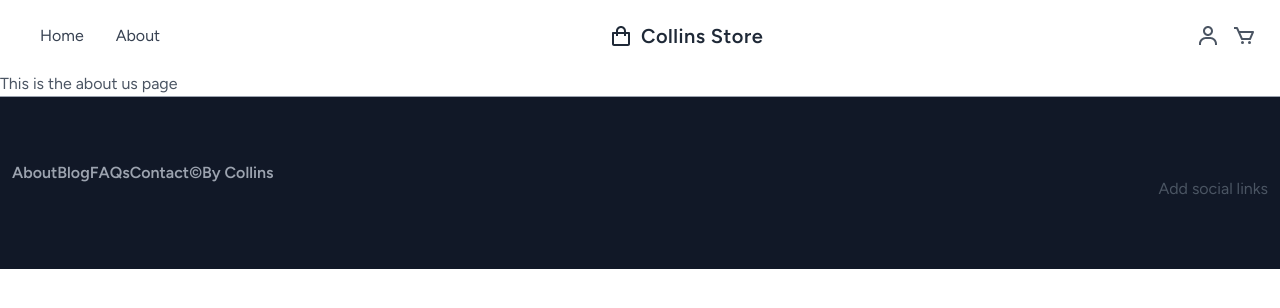
Repository: Collins145/e-commerce-website
Page: http://localhost/about
An editor plug-in stored every save of this project. The page is shown before and after the next save, followed by the edit.
The browser window is 1280 px wide. The pictures show the whole page.
The page is served by the project's Laravel application, run on PHP 8.4 with Laravel 10. Other server files are loaded and not shown. Style sheets and scripts are compiled from the project's sources, by tool versions that may differ from the author's.

Above is the page before, as saved 2023-06-17 14:22:31.

### routes/web.php
<?php

use App\Http\Controllers\ProfileController;
use Illuminate\Support\Facades\Route;
use App\Http\Controllers\SiteController;

/*
|--------------------------------------------------------------------------
| Web Routes
|--------------------------------------------------------------------------
|
| Here is where you can register web routes for your application. These
| routes are loaded by the RouteServiceProvider and all of them will
| be assigned to the "web" middleware group. Make something great!
|
*/

Route::get('/', [SiteController::class, 'index'])->name('home');
Route::get('about', [SiteController::class, 'about'])->name('about');
Route::get('footer', [SiteController::class, 'footer'])->name('footer');

Route::get('/dashboard', function () {
    return view('dashboard');
})->middleware(['auth', 'verified'])->name('dashboard');

Route::middleware('auth')->group(function () {
    Route::get('/profile', [ProfileController::class, 'edit'])->name('profile.edit');
    Route::patch('/profile', [ProfileController::class, 'update'])->name('profile.update');
    Route::delete('/profile', [ProfileController::class, 'destroy'])->name('profile.destroy');
});

require __DIR__.'/auth.php';

### app/Http/Controllers/SiteController.php
<?php

namespace App\Http\Controllers;

use Illuminate\Http\Request;

class SiteController extends Controller
{
    public function index() {
        return view('site.home');
    }

    public function about() {
        return view('site.about');
    }
    public function footer() {
        return view('site.footer');
    }
}

### resources/views/site/about.blade.php
@extends('layouts.site')
@section('content')
This is the about us page
@endsection

### resources/views/layouts/site.blade.php
<!DOCTYPE html>
<html lang="{{ str_replace('_', '-', app()->getLocale()) }}">
    <head>
        <meta charset="utf-8">
        <meta name="viewport" content="width=device-width, initial-scale=1">
        <meta name="csrf-token" content="{{ csrf_token() }}">

        <title>{{ config('app.name', 'Laravel') }}</title>

        <!-- Fonts -->
        <link rel="preconnect" href="https://fonts.bunny.net">
        <link href="https://fonts.bunny.net/css?family=figtree:400,500,600&display=swap" rel="stylesheet" />

        <!-- Scripts -->
        @vite(['resources/css/app.css', 'resources/js/app.js'])
    </head>
    <body class="bg-white text-gray-600 font-sans leading-normal text-base tracking-normal">
        <x-site.header/>
        @yield('content')
        <x-site.footer/>
    </body>
</html>

### resources/views/components/site/header.blade.php
    <nav id="header" class="w-full z-30 top-0 py-1">
        <div class="w-full container mx-auto flex flex-wrap items-center justify-between mt-0 px-6 py-3">

            <label for="menu-toggle" class="cursor-pointer md:hidden block">
                <svg class="fill-current text-gray-900" xmlns="http://www.w3.org/2000/svg" width="20" height="20" viewBox="0 0 20 20">
                    <title>menu</title>
                    <path d="M0 3h20v2H0V3zm0 6h20v2H0V9zm0 6h20v2H0v-2z"></path>
                </svg>
            </label>
            <input class="hidden" type="checkbox" id="menu-toggle" />

            <div class="hidden md:flex md:items-center md:w-auto w-full order-3 md:order-1" id="menu">
                <nav>
                    <ul class="md:flex items-center justify-between text-base text-gray-700 pt-4 md:pt-0">
                        <li><a class="inline-block no-underline hover:text-black hover:underline py-2 px-4" href="{{route('home')}}">Home</a></li>
                        <li><a class="inline-block no-underline hover:text-black hover:underline py-2 px-4" href="{{route('about')}}">About</a></li>
                    </ul>
                </nav>
            </div>

            <div class="order-1 md:order-2">
                <a class="flex items-center tracking-wide no-underline hover:no-underline font-bold text-gray-800 text-xl " href="{{route('home')}}">
                    <svg class="fill-current text-gray-800 mr-2" xmlns="http://www.w3.org/2000/svg" width="24" height="24" viewBox="0 0 24 24">
                        <path d="M5,22h14c1.103,0,2-0.897,2-2V9c0-0.553-0.447-1-1-1h-3V7c0-2.757-2.243-5-5-5S7,4.243,7,7v1H4C3.447,8,3,8.447,3,9v11 C3,21.103,3.897,22,5,22z M9,7c0-1.654,1.346-3,3-3s3,1.346,3,3v1H9V7z M5,10h2v2h2v-2h6v2h2v-2h2l0.002,10H5V10z" />
                    </svg>
                    Collins Store
                </a>
            </div>

            <div class="order-2 md:order-3 flex items-center" id="nav-content">

                <a class="inline-block no-underline hover:text-black" href="#">
                    <svg class="fill-current hover:text-black" xmlns="http://www.w3.org/2000/svg" width="24" height="24" viewBox="0 0 24 24">
                        <circle fill="none" cx="12" cy="7" r="3" />
                        <path d="M12 2C9.243 2 7 4.243 7 7s2.243 5 5 5 5-2.243 5-5S14.757 2 12 2zM12 10c-1.654 0-3-1.346-3-3s1.346-3 3-3 3 1.346 3 3S13.654 10 12 10zM21 21v-1c0-3.859-3.141-7-7-7h-4c-3.86 0-7 3.141-7 7v1h2v-1c0-2.757 2.243-5 5-5h4c2.757 0 5 2.243 5 5v1H21z" />
                    </svg>
                </a>

                <a class="pl-3 inline-block no-underline hover:text-black" href="#">
                    <svg class="fill-current hover:text-black" xmlns="http://www.w3.org/2000/svg" width="24" height="24" viewBox="0 0 24 24">
                        <path d="M21,7H7.462L5.91,3.586C5.748,3.229,5.392,3,5,3H2v2h2.356L9.09,15.414C9.252,15.771,9.608,16,10,16h8 c0.4,0,0.762-0.238,0.919-0.606l3-7c0.133-0.309,0.101-0.663-0.084-0.944C21.649,7.169,21.336,7,21,7z M17.341,14h-6.697L8.371,9 h11.112L17.341,14z" />
                        <circle cx="10.5" cy="18.5" r="1.5" />
                        <circle cx="17.5" cy="18.5" r="1.5" />
                    </svg>
                </a>

            </div>
        </div>
    </nav>

### resources/views/components/site/footer.blade.php
    <footer class="container mx-auto bg-gray-900 py-8 border-t border-gray-400">
        <div class="container flex px-3 py-8 ">
            <div class="w-full mx-auto flex flex-wrap">
                <div class="flex w-full lg:w-1/2 ">
                    <div class="flex justify-around px-3 md:px-0">
                        <h3 class="font-bold text-gray-400 space-x-6">About</h3>
                        <h3 class="font-bold text-gray-400 space-x-6">Blog</h3>
                        <h3 class="font-bold text-gray-400 space-x-6">FAQs</h3>
                        <h3 class="font-bold text-gray-400 space-x-6">Contact</h3>
                        <h3 class="font-bold text-gray-400 space-x-6"><span>&copy<span>By Collins</h3>
                    </div>
                </div>
                <div class="flex w-full lg:w-1/2 lg:justify-end lg:text-right">
                    <div class="px-3 md:px-0">
                        <ul class="list-reset items-center pt-3">
                            <li>
                                <a class="inline-block no-underline hover:text-black hover:underline py-1" href="#">Add social links</a>
                            </li>
                        </ul>
                    </div>
                </div>
            </div>
        </div>
    </footer>

Loaded but not shown: routes/auth.php (common file); app/Http/Controllers/Auth/EmailVerificationPromptController.php (common file); app/Http/Controllers/Controller.php (common file); app/Http/Controllers/Auth/VerifyEmailController.php (common file); resources/css/app.css (common file); tailwind.config.js (common file); resources/js/app.js (common file); resources/js/bootstrap.js (common file)

After the next save:
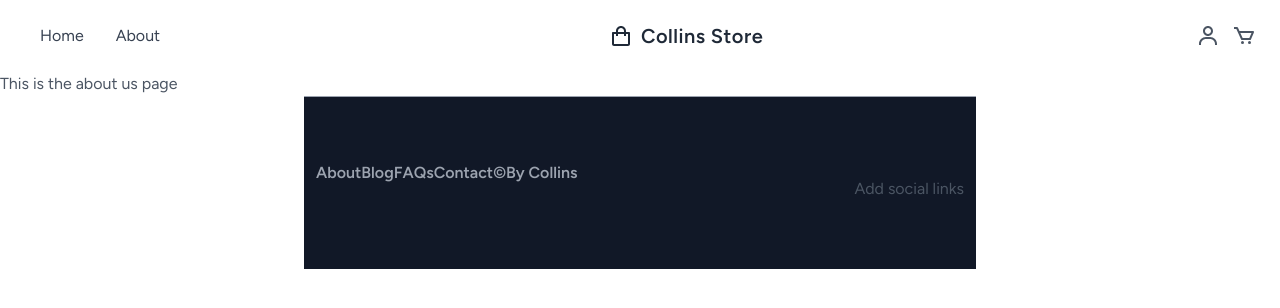
Saved 78 s later.
--- a/resources/views/components/site/footer.blade.php
+++ b/resources/views/components/site/footer.blade.php
@@ -1,13 +1,13 @@
-    <footer class="container mx-auto bg-gray-900 py-8 border-t border-gray-400">
+    <footer class="container max-w-2xl mx-auto bg-gray-900 py-8 border-t border-gray-400">
         <div class="container flex px-3 py-8 ">
             <div class="w-full mx-auto flex flex-wrap">
                 <div class="flex w-full lg:w-1/2 ">
                     <div class="flex justify-around px-3 md:px-0">
-                        <h3 class="font-bold text-gray-400 space-x-6">About</h3>
-                        <h3 class="font-bold text-gray-400 space-x-6">Blog</h3>
-                        <h3 class="font-bold text-gray-400 space-x-6">FAQs</h3>
-                        <h3 class="font-bold text-gray-400 space-x-6">Contact</h3>
-                        <h3 class="font-bold text-gray-400 space-x-6"><span>&copy<span>By Collins</h3>
+                        <h3 class="font-bold text-gray-400">About</h3>
+                        <h3 class="font-bold text-gray-400">Blog</h3>
+                        <h3 class="font-bold text-gray-400">FAQs</h3>
+                        <h3 class="font-bold text-gray-400">Contact</h3>
+                        <h3 class="font-bold text-gray-400"><span>&copy<span>By Collins</h3>
                     </div>
                 </div>
                 <div class="flex w-full lg:w-1/2 lg:justify-end lg:text-right">

After the save that followed:
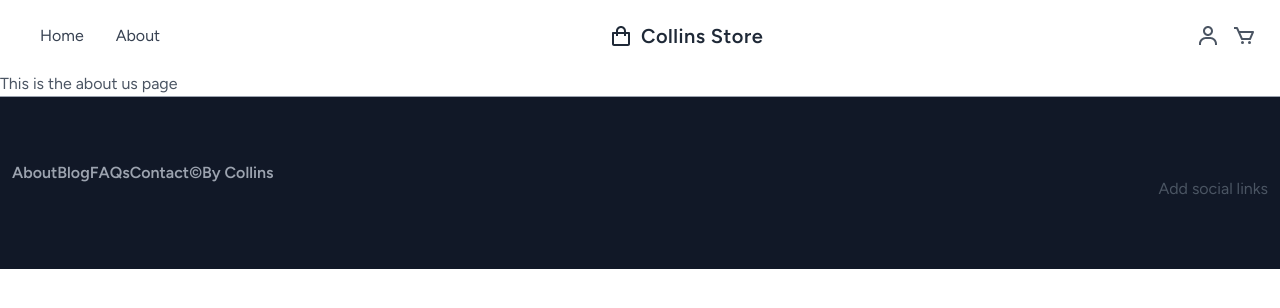
Saved 16 s later.
--- a/resources/views/components/site/footer.blade.php
+++ b/resources/views/components/site/footer.blade.php
@@ -1,4 +1,4 @@
-    <footer class="container max-w-2xl mx-auto bg-gray-900 py-8 border-t border-gray-400">
+    <footer class="container max-w-7xl mx-auto bg-gray-900 py-8 border-t border-gray-400">
         <div class="container flex px-3 py-8 ">
             <div class="w-full mx-auto flex flex-wrap">
                 <div class="flex w-full lg:w-1/2 ">
